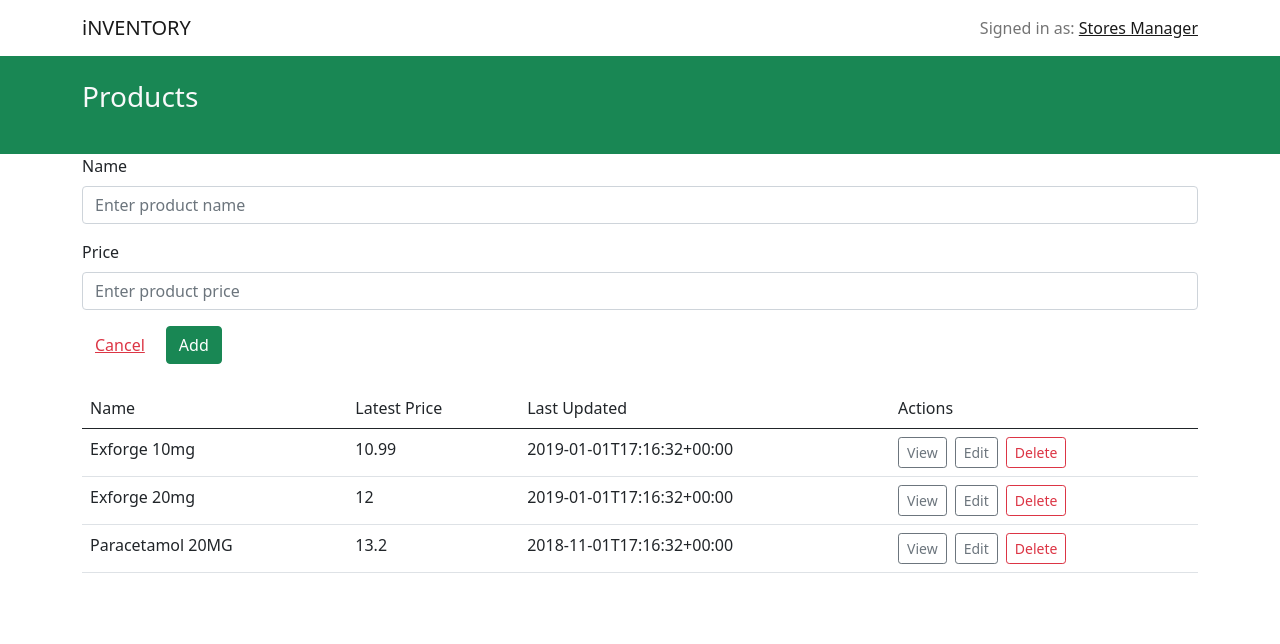
Repository: tHEO2k17/inventory-manager
Page: /
An editor plug-in stored every save of this project. The page is shown before and after the next save, followed by the edit.
The browser window is 1280 px wide. The pictures show the whole page.
The project was rebuilt for these pictures with package versions that can differ from the ones it lists, and the page was loaded fresh each time.

Above is the page before, as saved 2021-08-31 09:17:50.

After the next save:
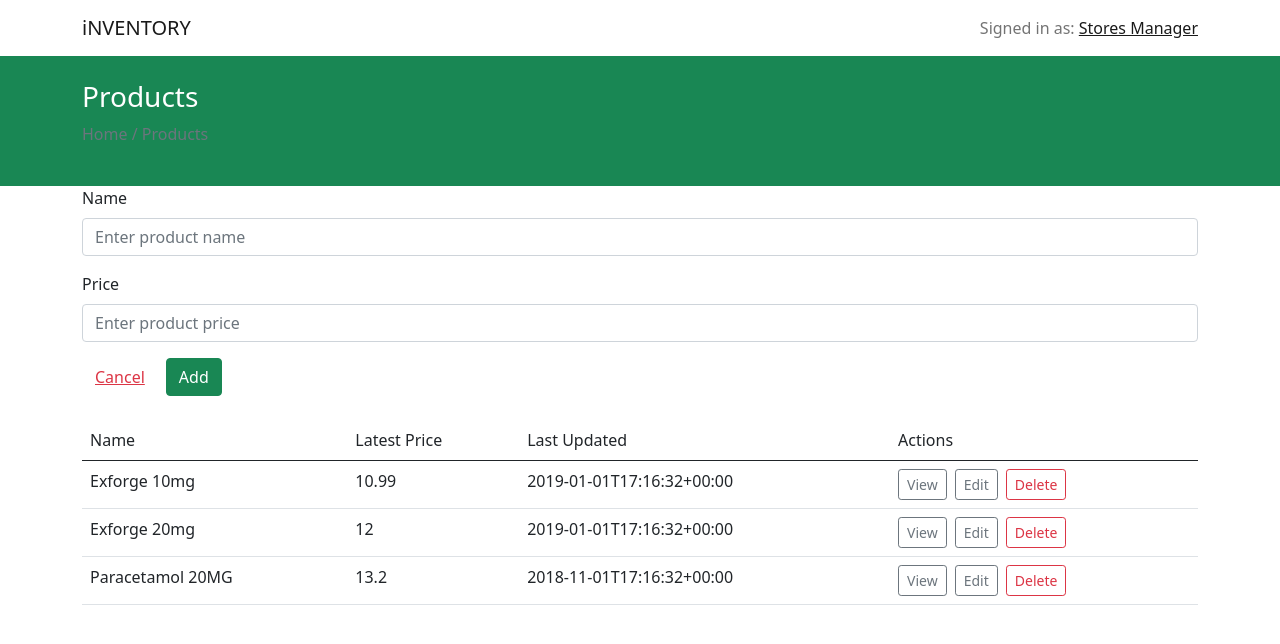
Saved 27 s later.
--- a/src/presentation/components/Banner.tsx
+++ b/src/presentation/components/Banner.tsx
@@ -3,9 +3,9 @@ import { Container } from "react-bootstrap";
 const Banner = () => {
     return (
        <section className="bg-success">
-           <Container className="py-4 text-light">
+           <Container className="py-4 text-white">
                <h3>Products</h3>
-               <p></p>
+               <p className="text-muted">Home / Products</p>
 
            </Container>
        </section>
